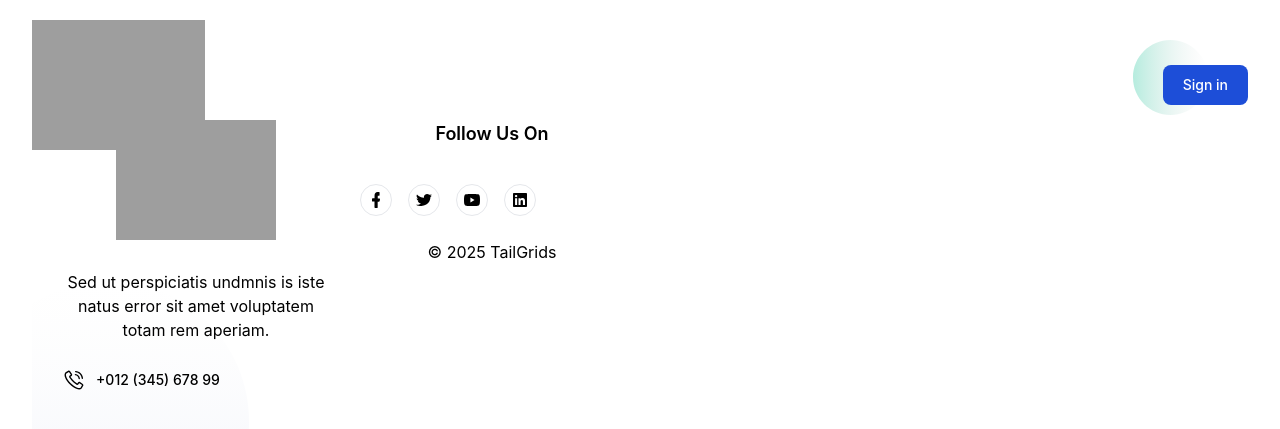
Repository: sayanroychaudhuri/React-One-Page-Ecommerce-Product-List
Page: /
The author's editor kept a copy of each file at every save. The page is drawn from the files as they stood at one save, then again after the next save.
The browser window is 1280 px wide. The pictures show the whole page.
Pictures or frames that could not be fetched are drawn as grey boxes. The page's requests for data from a server got no answer. The project was rebuilt for these pictures with package versions that can differ from the ones it lists, and the page was loaded fresh each time. No one was signed in, and anything a server would have sent is missing.

Above is the page before, as saved 2024-02-01 20:29:29.

After the next save:
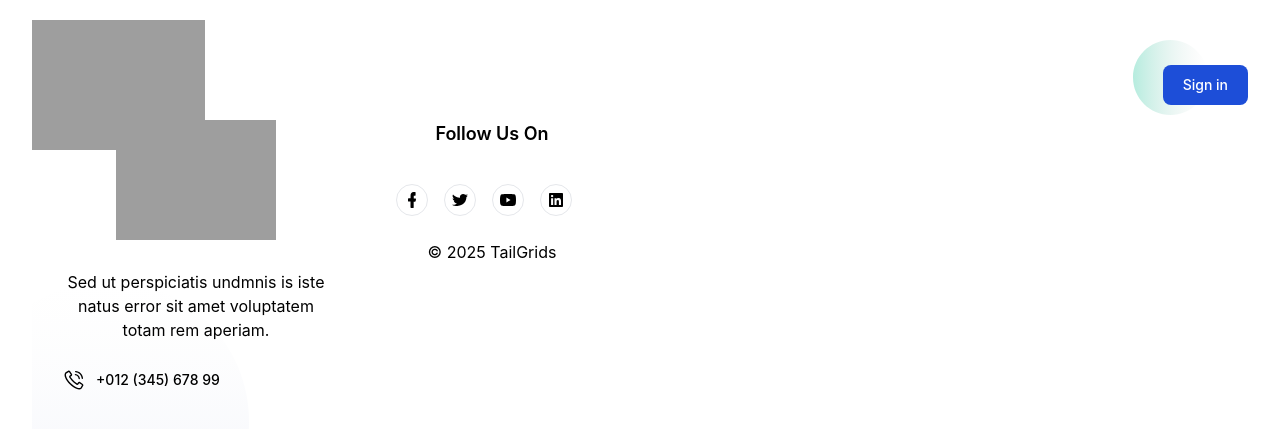
Saved 66 s later.
--- a/src/components/products/Footer.js
+++ b/src/components/products/Footer.js
@@ -64,7 +64,7 @@ const Footer = () => {
                 <h4 className="mb-9 text-lg font-semibold text-dark dark:text-white">
                   Follow Us On
                 </h4>
-                <div className="mb-6 flex items-center">
+                <div className="mb-6 flex items-center justify-center">
                   <a
                     href="javascript:void(0)"
                     className="mr-3 flex h-8 w-8 items-center justify-center rounded-full border border-stroke text-dark hover:border-primary hover:bg-primary hover:text-white dark:border-dark-3 dark:text-white dark:hover:border-primary sm:mr-4 lg:mr-3 xl:mr-4"
@@ -187,31 +187,3 @@ const Footer = () => {
 };
 
 export default Footer;
-
-const LinkGroup = ({ children, header }) => {
-  return (
-    <>
-      <div className="w-full px-4 sm:w-1/2 lg:w-2/12">
-        <div className="mb-10 w-full">
-          <h4 className="mb-9 text-lg font-semibold text-dark dark:text-white">
-            {header}
-          </h4>
-          <ul className="space-y-3">{children}</ul>
-        </div>
-      </div>
-    </>
-  );
-};
-
-const NavLink = ({ link, label }) => {
-  return (
-    <li>
-      <a
-        href={link}
-        className="inline-block text-base leading-loose text-body-color hover:text-primary dark:text-dark-6"
-      >
-        {label}
-      </a>
-    </li>
-  );
-};
